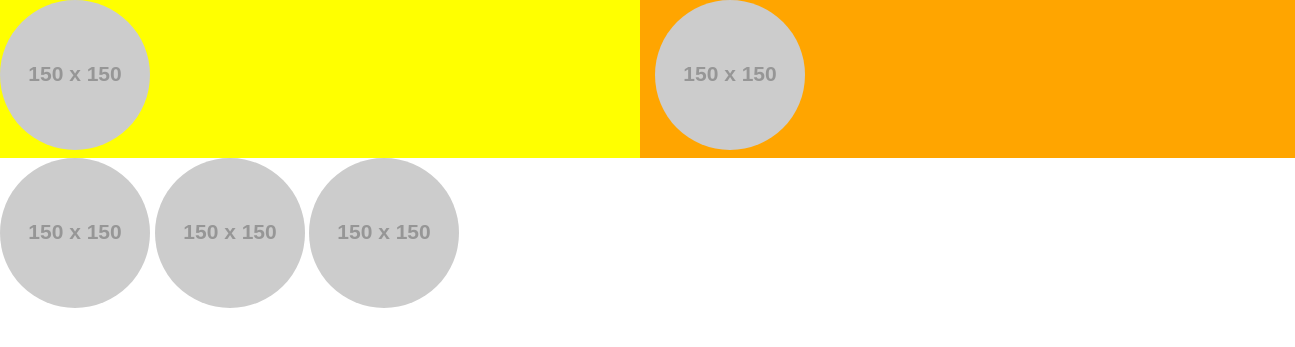
Repository: rsusolutions/RSU-Website
Page: quiz/index.html
An editor plug-in stored every save of this project. The page is shown before and after the next save, followed by the edit.
The browser window is 1280 px wide. The page is 1295 px wide, so the pictures cover 1295 px, including what lies to the right of the window. The pictures show the whole page.
Some web libraries are served in a nearby version.

Above is the page before, as saved 2020-04-21 18:56:44.

### quiz/index.html
<!doctype html>
<html lang="en">
  <head>
    <!-- Required meta tags -->
    <meta charset="utf-8">
    <meta name="viewport" content="width=device-width, initial-scale=1, shrink-to-fit=no">

    <!-- Bootstrap CSS -->
    <link rel="stylesheet" href="https://maxcdn.bootstrapcdn.com/bootstrap/4.0.0/css/bootstrap.min.css" integrity="sha384-Gn5384xqQ1aoWXA+058RXPxPg6fy4IWvTNh0E263XmFcJlSAwiGgFAW/dAiS6JXm" crossorigin="anonymous">
    <link rel="stylesheet" href="style.css">
    <script src="script.js"></script>

    <title>quiz</title>
  </head>
  <body>
    <section class="section-preview ">

 <div class="row">
      <div class="col" style="background-color:yellow;">
    <img class="rounded-circle mb-2" alt="150x150" src="https://placehold.it/150x150" data-holder-rendered="true">
    </div>
      <div class="col" style="background-color:orange;">
    <img class="rounded-circle mb-2" alt="150x150" src="https://placehold.it/150x150" data-holder-rendered="true">
    </div>
    </div>





                <img class="rounded-circle mb-2" alt="150x150" src="https://placehold.it/150x150" data-holder-rendered="true">
                <img class="rounded-circle mb-2" alt="150x150" src="https://placehold.it/150x150" data-holder-rendered="true">

                <img class="rounded-circle mb-2" alt="150x150" src="https://placehold.it/150x150" data-holder-rendered="true">



    </section>
    <!-- Optional JavaScript -->
    <!-- jQuery first, then Popper.js, then Bootstrap JS -->
    <script src="https://code.jquery.com/jquery-3.2.1.slim.min.js" integrity="sha384-KJ3o2DKtIkvYIK3UENzmM7KCkRr/rE9/Qpg6aAZGJwFDMVNA/GpGFF93hXpG5KkN" crossorigin="anonymous"></script>
    <script src="https://cdnjs.cloudflare.com/ajax/libs/popper.js/1.12.9/umd/popper.min.js" integrity="sha384-ApNbgh9B+Y1QKtv3Rn7W3mgPxhU9K/ScQsAP7hUibX39j7fakFPskvXusvfa0b4Q" crossorigin="anonymous"></script>
    <script src="https://maxcdn.bootstrapcdn.com/bootstrap/4.0.0/js/bootstrap.min.js" integrity="sha384-JZR6Spejh4U02d8jOt6vLEHfe/JQGiRRSQQxSfFWpi1MquVdAyjUar5+76PVCmYl" crossorigin="anonymous"></script>
  </body>
</html>

### quiz/style.css
@import url(https://fonts.googleapis.com/css?family=Lato:100,400);
/* #the-final-countdown {
  background: #333;
  font-family: 'Lato', sans-serif;
  text-align: center;
  color: #eee;
  text-shadow: 1px 1px 5px black;
  padding: 1rem 0;
  font-size: 3rem;
  border: 1px solid #000;
} */

### quiz/script.js
setInterval(function time() {
    var d = new Date();
    var hours = 18 - d.getHours();
    var min = 60 - d.getMinutes();
    if ((min + "").length == 1) {
        min = "0" + min;
    }
    var sec = 60 - d.getSeconds();
    if ((sec + "").length == 1) {
        sec = "0" + sec;
    }
    if(hours<0||min<0||sec<0){
        jQuery("#the-final-countdown").text("Time Up");
    }
    else{

        jQuery("#the-final-countdown").text("Time Left "+hours + ":" + min + ":" + sec);
    }
}, 1000);

After the next save:
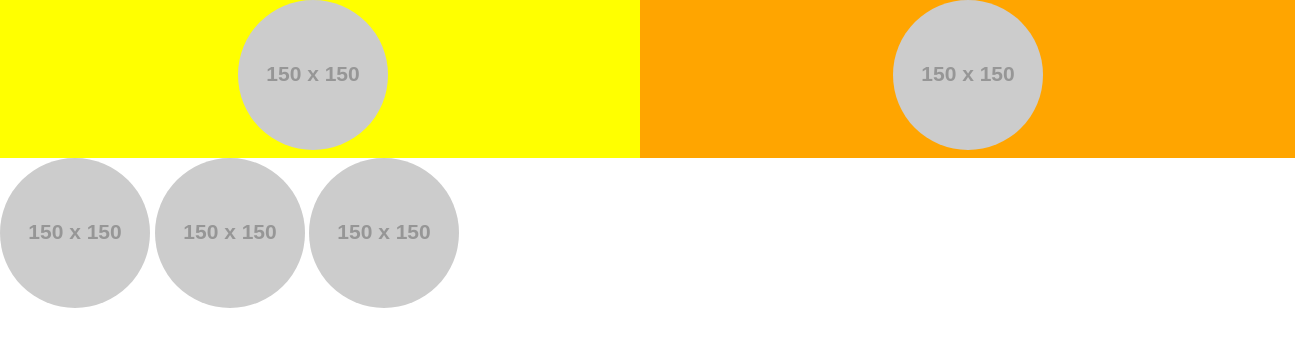
Saved 43 s later.
--- a/quiz/index.html
+++ b/quiz/index.html
@@ -16,10 +16,10 @@
     <section class="section-preview ">
 
  <div class="row">
-      <div class="col" style="background-color:yellow;">
+      <div class="col" style="background-color:yellow; text-align: center;">
     <img class="rounded-circle mb-2" alt="150x150" src="https://placehold.it/150x150" data-holder-rendered="true">
     </div>
-      <div class="col" style="background-color:orange;">
+      <div class="col" style="background-color:orange;text-align: center;">
     <img class="rounded-circle mb-2" alt="150x150" src="https://placehold.it/150x150" data-holder-rendered="true">
     </div>
     </div>
